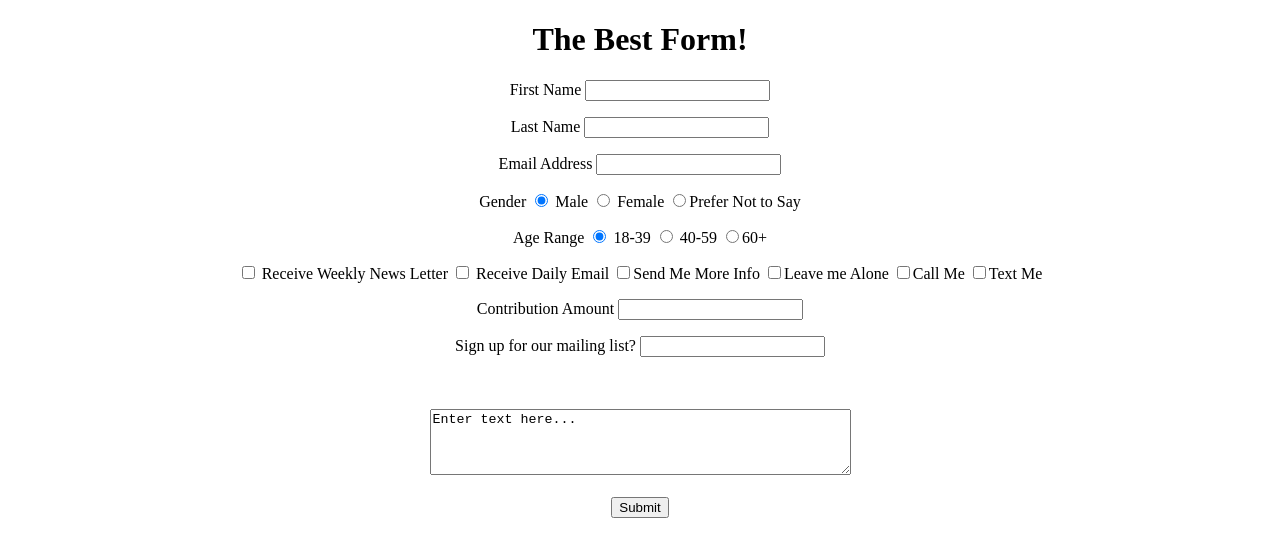
Repository: jedeyejed00/TheGameShaq
Page: HomeWork2/contact.html
The author's editor kept a record of every edit. The page is drawn from the files as they stood at one moment, then again after the next edit.
The browser window is 1280 px wide. The pictures show the whole page.

Above is the page before.

### HomeWork2/contact.html
<!DOCTYPE html>

<html><head>



        <title>Forms</title>

    </head>

    <body><Center>

                <H1>The Best Form!</H1>


                <formaction="process_contact.php" method="post">

                 <p> <label for ="First Name">First Name</label>
                    <input type ="Text id="FirstName" name = "FirstName" required></p>

                   <p><label for ="Last Name">Last Name</label>
                    <input type ="Text id="LastName" name = "LastName" required></p>


               <p> <label for ="Email Address">Email Address</label>
                    <input type ="Text id="EmailAddress" name = "EmailAddress" required> </p>

                      <p>
                     Gender <input type="radio" name="gender" value="male" checked required> Male
                      <input type="radio" name="gender" value="female" required> Female
                      <input type="radio" name="gender" value="other" required>Prefer Not to Say</p>

                       <p>
                      Age Range <input type="radio" name="age" value="18" checked required> 18-39
                      <input type="radio" name="age" value="40" required> 40-59
                      <input type="radio" name="age" value="60" required>60+</p>



                   <p> <input type="checkbox" name="vehicle1" value="Letter"> Receive Weekly News Letter
                       <input type="checkbox" name="vehicle2" value="Email"> Receive Daily Email
                       <input type="checkbox" name="vehicle3" value="info">Send Me More Info
                       <input type="checkbox" name="vehicle3" value="alone">Leave me Alone
                       <input type="checkbox" name="vehicle3" value="call">Call Me
                       <input type="checkbox" name="vehicle3" value="text">Text Me

  </p>

                 <p> <label for ="Contribution Amount">Contribution Amount</label>
                    <input type ="Text id="ContributionAmount" name = "ContributionAmount"> </p>

                   <p> <label for ="MailingList">Sign up for our mailing list?</label>
                    <input type ="Text id="MailingList" name = "MailingList"></p>
                  <br><br>

                  <textarea rows="4" cols="50" name="comments" form="usrform">
Enter text here...</textarea>

                 <br><br>



                    <button> Submit</button>



                    </form>



 </Center></body>

    </html>

After the next edit:
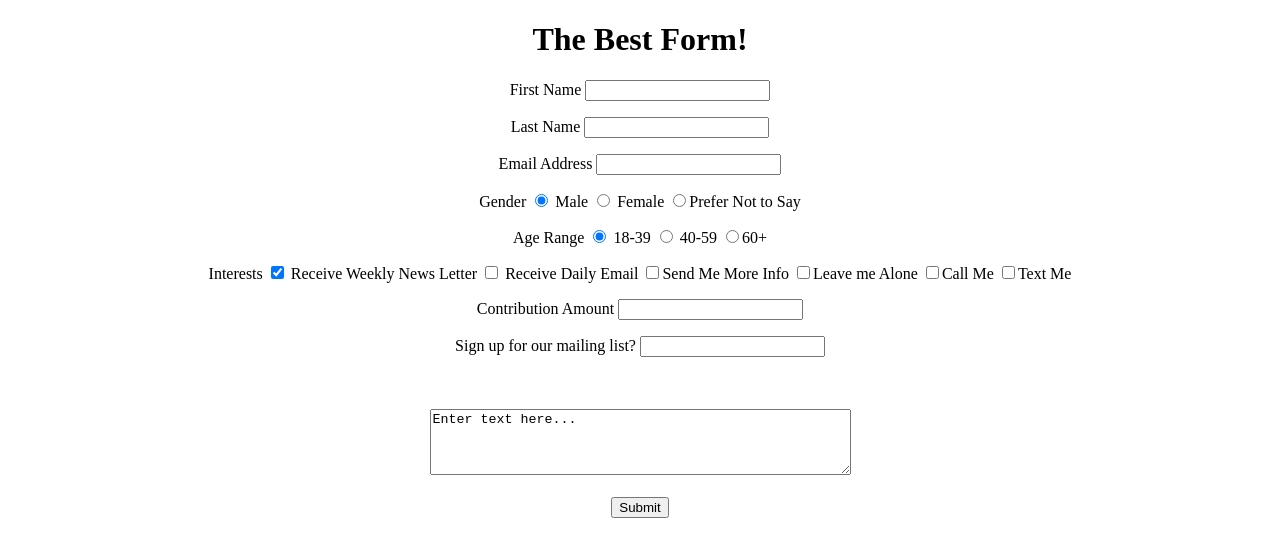
The edit:
--- a/HomeWork2/contact.html
+++ b/HomeWork2/contact.html
@@ -37,7 +37,7 @@
 
 
 
-                   <p> <input type="checkbox" name="vehicle1" value="Letter"> Receive Weekly News Letter
+                   <p>Interests <input type="checkbox" name="vehicle1" value="Letter" checked> Receive Weekly News Letter
                        <input type="checkbox" name="vehicle2" value="Email"> Receive Daily Email
                        <input type="checkbox" name="vehicle3" value="info">Send Me More Info
                        <input type="checkbox" name="vehicle3" value="alone">Leave me Alone
